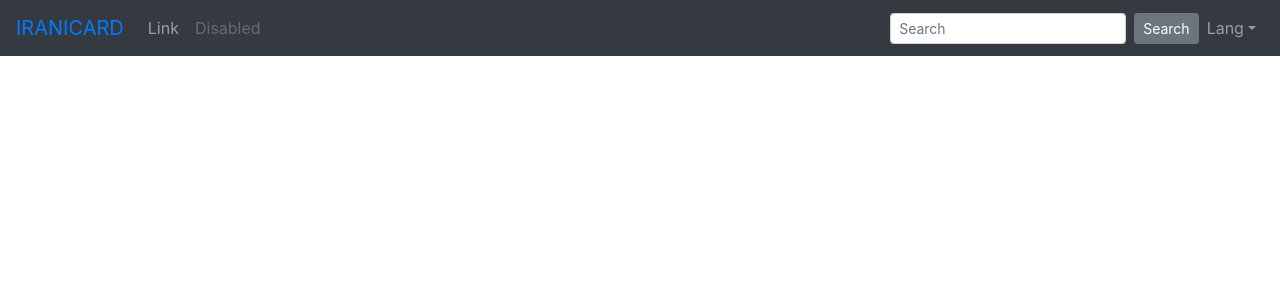
Repository: hosseinemami1370/iranicard
Page: /user
The author's editor kept a copy of each file at every save. The page is drawn from the files as they stood at one save, then again after the next save.
The browser window is 1280 px wide. The pictures show the whole page.
The page's requests for data from a server got no answer. The project was rebuilt for these pictures with package versions that can differ from the ones it lists, and the page was loaded fresh each time. The framework's server and built-in components were replaced by stand-ins that run in the browser. No one was signed in, and anything a server would have sent is missing. Also part of the build but not shown: nuxt.config.js, components/Header.vue, components/Logo.vue, components/UI/AppButton.vue, layouts/admin.vue, layouts/error.vue.

Above is the page before, as saved 2021-03-15 13:49:45.

### components/navigation/Header.vue
<template>


<div>
  <b-navbar toggleable="lg" type="dark" variant="dark">
    <b-navbar-brand  ><nuxt-link to="/">IRANICARD</nuxt-link></b-navbar-brand>

    <b-navbar-toggle target="nav-collapse"></b-navbar-toggle>

    <b-collapse id="nav-collapse" is-nav>
      <b-navbar-nav>
        <b-nav-item href="#">Link</b-nav-item>
        <b-nav-item href="#" disabled>Disabled</b-nav-item>
      </b-navbar-nav>

      <!-- Right aligned nav items -->
      <b-navbar-nav class="ml-auto">
        <b-nav-form>
          <b-form-input size="sm" class="mr-sm-2" placeholder="Search"></b-form-input>
          <b-button size="sm" class="my-2 my-sm-0" type="submit">Search</b-button>
        </b-nav-form>

        <b-nav-item-dropdown text="Lang" right>
          <b-dropdown-item href="#">EN</b-dropdown-item>
          <b-dropdown-item href="#">ES</b-dropdown-item>
          <b-dropdown-item href="#">RU</b-dropdown-item>
          <b-dropdown-item href="#">FA</b-dropdown-item>
        </b-nav-item-dropdown>

        <b-nav-item-dropdown v-if="visible" right>
          <!-- Using 'button-content' slot -->

          <template #button-content>
            <em>User</em>
          </template>
          <b-dropdown-item href="#">Profile</b-dropdown-item>
          <b-dropdown-item @click="onLogout">Sign Out</b-dropdown-item>
        </b-nav-item-dropdown>
      </b-navbar-nav>
    </b-collapse>
  </b-navbar>
</div>
</template>

<script>


export default {
  middleware: ["check-auth"],
  data(){
    return{
      visible:false
    }
  },
  created(){

     if(localStorage.getItem("token") != null || localStorage.getItem("token") != undefined) {
       this.visible=true;

    }
  },
  methods: {
    onLogout() {
      this.$store.dispatch("logout");
      this.$router.push("/");
    }
  }

}
</script>



<style>

</style>

### layouts/default.vue
<template>
  <div>

    <Nuxt />
  </div>
</template>
<script>
// import Header from '@/components/navigation/Header'
 export default {
//    components:{
//      Header
//    }
computed:{

    loadedData() {
      return this.$store.getters.isAuthenticated

  }
}
 }

</script>

<style>
html {
  font-family:
    'Source Sans Pro',
    -apple-system,
    BlinkMacSystemFont,
    'Segoe UI',
    Roboto,
    'Helvetica Neue',
    Arial,
    sans-serif;
  font-size: 16px;
  word-spacing: 1px;
  -ms-text-size-adjust: 100%;
  -webkit-text-size-adjust: 100%;
  -moz-osx-font-smoothing: grayscale;
  -webkit-font-smoothing: antialiased;
  box-sizing: border-box;
}

*,
*::before,
*::after {
  box-sizing: border-box;
  margin: 0;
}

.button--green {
  display: inline-block;
  border-radius: 4px;
  border: 1px solid #3b8070;
  color: #3b8070;
  text-decoration: none;
  padding: 10px 30px;
}

.button--green:hover {
  color: #fff;
  background-color: #3b8070;
}

.button--grey {
  display: inline-block;
  border-radius: 4px;
  border: 1px solid #35495e;
  color: #35495e;
  text-decoration: none;
  padding: 10px 30px;
  margin-left: 15px;
}

.button--grey:hover {
  color: #fff;
  background-color: #35495e;
}
</style>

### layouts/header.vue
<template>
 <div>
   <Header />
   <nuxt />
 </div>

</template>

<script>
import Header from '@/components/navigation/Header'
export default {
    components:{
        Header

    },

}
</script>

<style>

</style>

### store/index.js
import Vuex from "vuex";

import Cookie from "js-cookie";

const createStore =() =>{
   return new Vuex.Store({
    state:{
        loadedData:[],
        token:null,
        // visibelLogout:true
    },
    mutations:{
        SETTOKEN(state,token){
            state.token=token;
        },
        CLEARTOKEN(state) {
            state.token = null;
          },
          SETEDATA(state,data){
            state.loadedData=data;
          }
        // SETVISIBLE(state,visible){
        //     state.visibelLogout=visible
        // }
    },
    actions:{
        authenticationUser(vuexContext,authData){
            let authUrl =
          "https://www.googleapis.com/identitytoolkit/v3/relyingparty/verifyPassword?key=" +
          process.env.fbAPIKey;
        if (!authData.isLogin) {
          authUrl =
            "https://www.googleapis.com/identitytoolkit/v3/relyingparty/signupNewUser?key=" +
            process.env.fbAPIKey;
        }
        return this.$axios
          .$post(authUrl, {
            email: authData.email,
            password: authData.password,
            returnSecureToken: true
          })
          .then(result => {
            console.log("result:",result);
            vuexContext.commit("SETEDATA",result.email);
            vuexContext.commit("SETTOKEN", result.idToken);
            localStorage.setItem("token", result.idToken);
            localStorage.setItem("data",result.email);
            localStorage.setItem("isLogin",authData.isLogin)
            console.log("result.expiresIn",result.expiresIn);
            localStorage.setItem(
              "tokenExpiration",
              new Date().getTime() + Number.parseInt(result.expiresIn) * 1000
            );
            Cookie.set("jwt", result.idToken);
            Cookie.set(
              "expirationDate",
              new Date().getTime() + Number.parseInt(result.expiresIn) * 1000
            );
          })
          .catch(e => {
            console.log('error1:', e);
            alert("usre or password invalid!")
          });
        },
        initAuth(vuexContext, req) {
            let token;
            let expirationDate;
            if (req) {
              if (!req.headers.cookie) {
                return;
              }
              const jwtCookie = req.headers.cookie
                .split(";")
                .find(c => c.trim().startsWith("jwt="));
              if (!jwtCookie) {
                return;
              }
              token = jwtCookie.split("=")[1];
              expirationDate = req.headers.cookie
                .split(";")
                .find(c => c.trim().startsWith("expirationDate="))
                .split("=")[1];
            }
            else {
              token = localStorage.getItem("token");
              expirationDate = localStorage.getItem("tokenExpiration");
            }
            if (new Date().getTime() > +expirationDate || !token) {
              console.log("No token or invalid token");
              vuexContext.dispatch("logout");
              return;
            }
            vuexContext.commit("SETTOKEN", token);
          },
          logout(vuexContext) {
            vuexContext.commit("CLEARTOKEN");
            Cookie.remove("jwt");
            Cookie.remove("expirationDate");
            if (process.client) {
              localStorage.removeItem("token");
              localStorage.removeItem("tokenExpiration");
            }
          },
        // setVisible(vuexContext,payload){
        //     vuexContext.commit("SETVISIBLE", payload);
        // }
    },
    getters: {
      loadedData(state) {
        return state.loadedData;
      },
      isAuthenticated(state) {
        return state.token != null;
      },
      // loadedVisible(state){
      //   return state.visibelLogout
      // }
    }
   })
}
export default createStore;

### plugins/core-component.js
import Vue from 'vue';
import AppButton from '@/components/UI/AppButton'
import Vuelidate from 'vuelidate'
Vue.use(Vuelidate)
Vue.component('AppButton', AppButton)

### pages/user/index.vue
<template>
  <b-container class="bv-example-row">

    <!-- <b-row>
      <b-col>
        <div>
          <b-card
            title="Card Title"
            img-src="https://demos.creative-tim.com/argon-dashboard-pro/assets/img/theme/img-1-1000x600.jpg"
            img-alt="Image"
            img-top
            tag="article"
            style="max-width: 20rem"
            class="mb-2"
          >
            <b-card-text>
              Some quick example text to build on the card title and make up the
              bulk of the card's content.
            </b-card-text>

            <b-button href="javascript:;" variant="primary"
              >Go somewhere</b-button
            >
          </b-card>
        </div>
        </b-col>
      <b-col>
        <div>
          <b-card
            title="Card Title"
            img-src="https://demos.creative-tim.com/argon-dashboard-pro/assets/img/theme/img-1-1000x600.jpg"
            img-alt="Image"
            img-top
            tag="article"
            style="max-width: 20rem"
            class="mb-2"
          >
            <b-card-text>
              Some quick example text to build on the card title and make up the
              bulk of the card's content.
            </b-card-text>

            <b-button href="javascript:;" variant="primary"
              >Go somewhere</b-button
            >
          </b-card>
        </div>
      </b-col>
      <b-col>
        <div>
          <b-card
            title="Card Title"
            img-src="https://demos.creative-tim.com/argon-dashboard-pro/assets/img/theme/img-1-1000x600.jpg"
            img-alt="Image"
            img-top
            tag="article"
            style="max-width: 20rem"
            class="mb-2"
          >
            <b-card-text>
              Some quick example text to build on the card title and make up the
              bulk of the card's content.
            </b-card-text>

            <b-button href="javascript:;" variant="primary"
              >Go somewhere</b-button
            >
          </b-card>
        </div>
      </b-col>
    </b-row> -->
  </b-container>
</template>

<script>
export default {
  layout: "header",
  middleware: ["auth"],
  computed: {
    // loadedData() {
    //   return this.$store.getters.loadedData
    // }
  },
  data() {
    return {
      email: localStorage.getItem("data"),
    };
  },
};
</script>

<style>
</style>

After the next save:
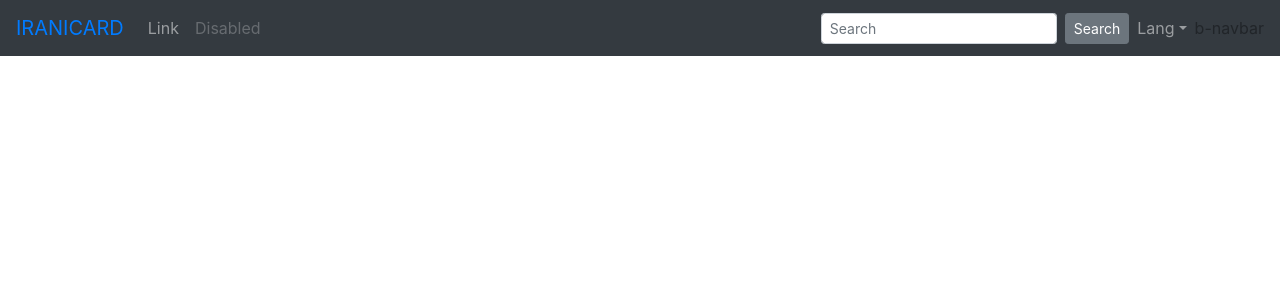
Saved 82 s later.
--- a/components/navigation/Header.vue
+++ b/components/navigation/Header.vue
@@ -37,6 +37,7 @@
           <b-dropdown-item @click="onLogout">Sign Out</b-dropdown-item>
         </b-nav-item-dropdown>
       </b-navbar-nav>
+      b-navbar
     </b-collapse>
   </b-navbar>
 </div>

After the save that followed:
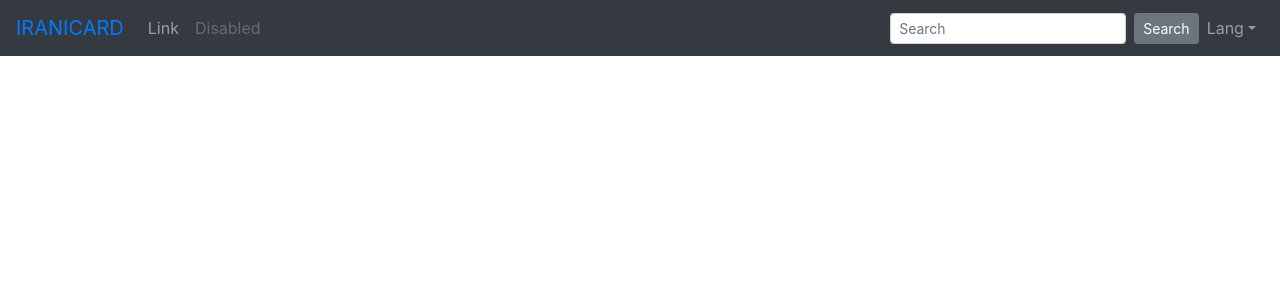
Saved 21 s later.
--- a/components/navigation/Header.vue
+++ b/components/navigation/Header.vue
@@ -37,7 +37,7 @@
           <b-dropdown-item @click="onLogout">Sign Out</b-dropdown-item>
         </b-nav-item-dropdown>
       </b-navbar-nav>
-      b-navbar
+
     </b-collapse>
   </b-navbar>
 </div>
